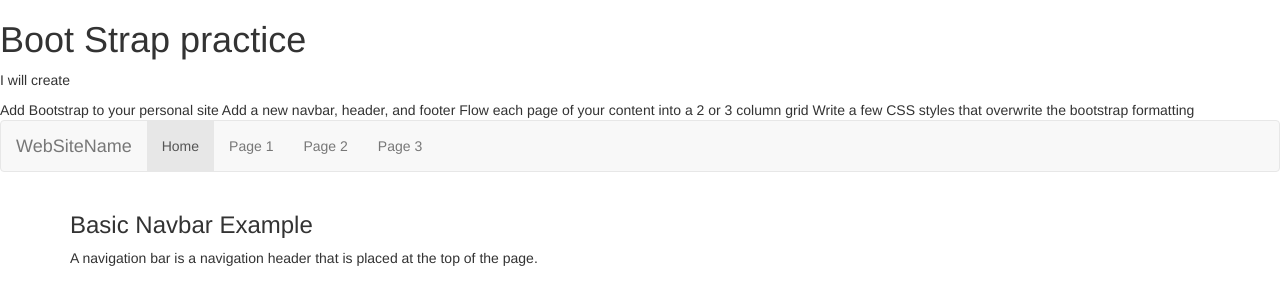
Repository: ayannasampson/bootstrappractice
Page: bs.html
These files come from the project's save history. The page is drawn as it stood at one moment and after the next save; the edit follows.
The browser window is 1280 px wide. The pictures show the whole page.

Above is the page before, as saved 2023-03-20 23:36:06.
Console error: TypeError: Cannot read properties of undefined (reading 'fn')

After the next save:
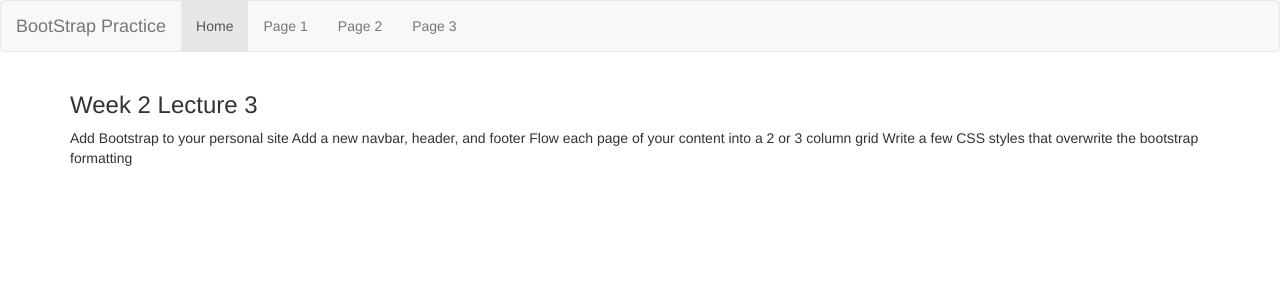
The error is gone.
Saved 3 min 37 s later.
--- a/bs.html
+++ b/bs.html
@@ -1,18 +1,7 @@
-<html>
-    <body>
 
-        <h1>Boot Strap practice</h1>
-        <p>I will create </p>
-        <ls>
-            Add Bootstrap to your personal site</ls>
-<ls>Add a new navbar, header, and footer</ls>
-<ls></ls>Flow each page of your content into a 2 or 3 column grid</ls>
-<ls>Write a few CSS styles that overwrite the bootstrap formatting</ls>
-     <script src="https://maxcdn.bootstrapcdn.com/bootstrap/4.0.0/js/bootstrap.min.js"></script>
-    </body>
     <html lang="en">
 <head>
-  <title>Bootstrap Example</title>
+  <title>Bootstrap Practice</title>
   <meta charset="utf-8">
   <meta name="viewport" content="width=device-width, initial-scale=1">
   <link rel="stylesheet" href="https://maxcdn.bootstrapcdn.com/bootstrap/3.4.1/css/bootstrap.min.css">
@@ -24,7 +13,7 @@
 <nav class="navbar navbar-default">
   <div class="container-fluid">
     <div class="navbar-header">
-      <a class="navbar-brand" href="#">WebSiteName</a>
+      <a class="navbar-brand" href="#">BootStrap Practice</a>
     </div>
     <ul class="nav navbar-nav">
       <li class="active"><a href="#">Home</a></li>
@@ -36,8 +25,12 @@
 </nav>
 
 <div class="container">
-  <h3>Basic Navbar Example</h3>
-  <p>A navigation bar is a navigation header that is placed at the top of the page.</p>
+  <h3>Week 2 Lecture 3</h3>
+  <p> <ls>
+    Add Bootstrap to your personal site</ls>
+<ls>Add a new navbar, header, and footer</ls>
+<ls></ls>Flow each page of your content into a 2 or 3 column grid</ls>
+<ls>Write a few CSS styles that overwrite the bootstrap formatting</ls></p>
 </div>
 
 </body>
